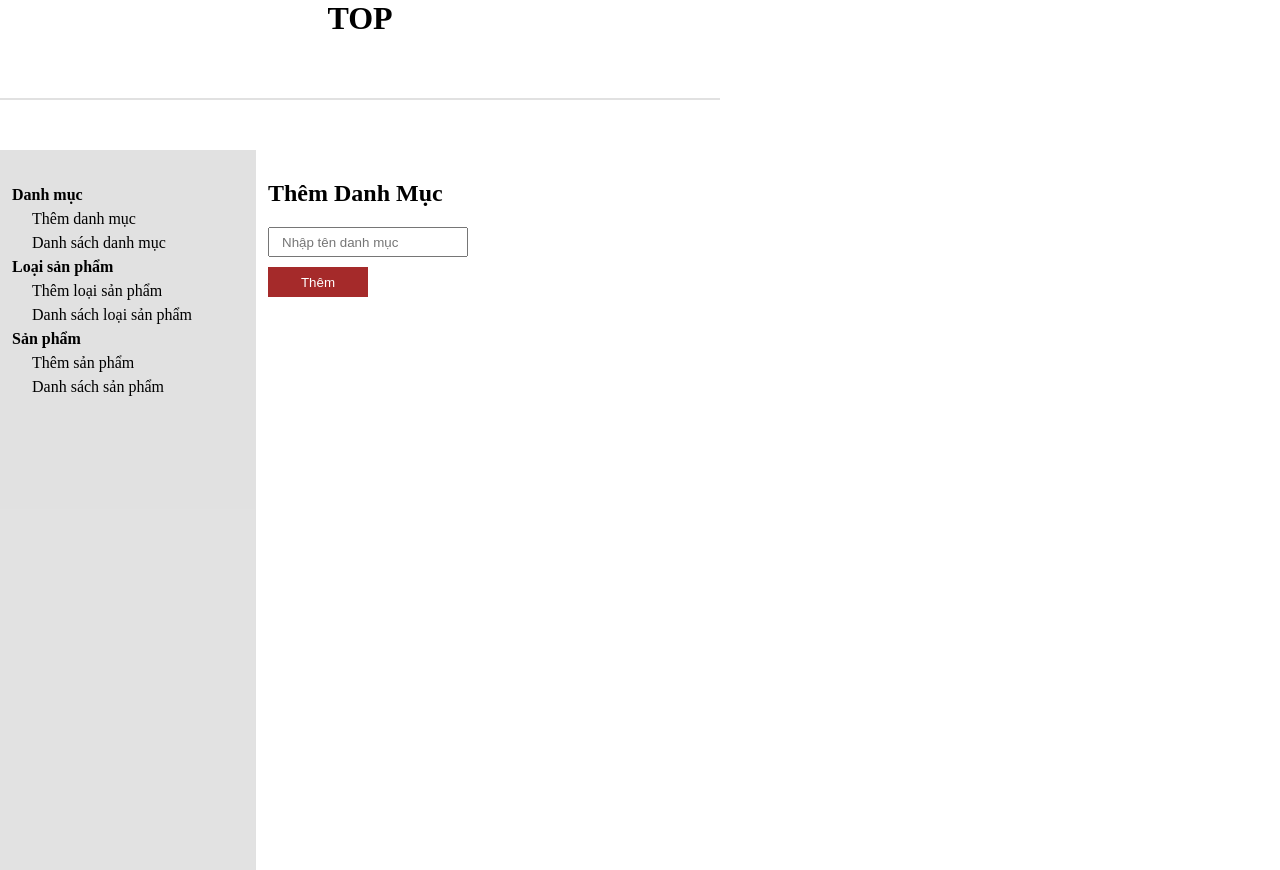
Repository: dinhvanbinh2310/ivy-moda
Page: http://localhost/Admin/productadd.php
These files come from the project's save history. The page is drawn as it stood at one moment and after the next save; the edit follows.
The browser window is 1280 px wide. The pictures show the whole page.
The page is run by PHP 8.4 with error messages shown; the project is at /var/www/html/.

Above is the page before, as saved 2022-07-06 16:15:16.

After the next save:
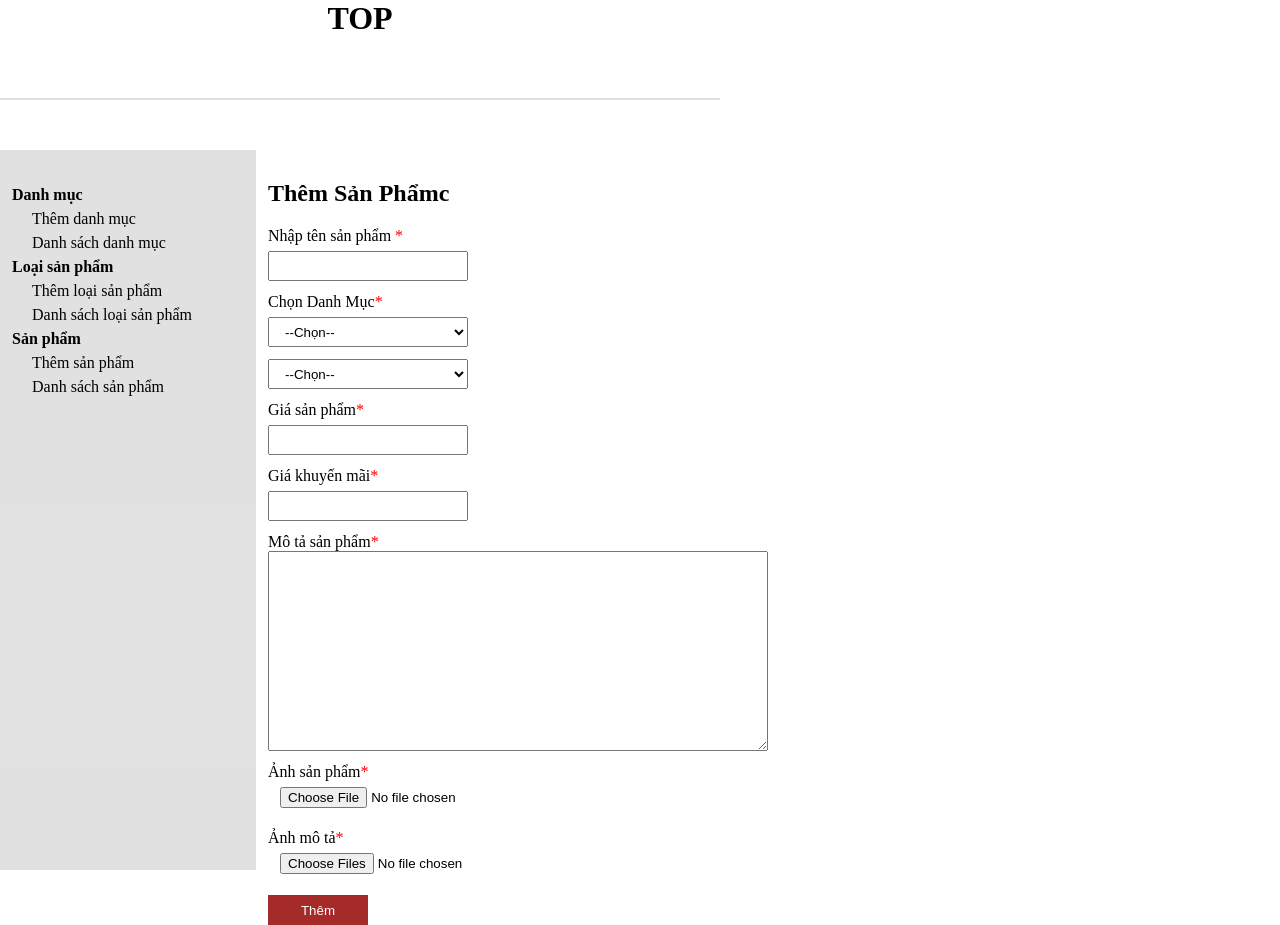
Saved 20 s later.
--- a/Admin/productadd.php
+++ b/Admin/productadd.php
@@ -12,11 +12,30 @@ include "class/cartegory_class.php";
 
   ?>
 <div class="admin-content-right">
-      <div class="admin-content-right-cartegory-add">
-          <h1>Thêm Danh Mục</h1>
-          <form action="" method="POST">
-            <input name="cartegory_name" type="text" placeholder="Nhập tên danh mục">
-            <button type="submit">Thêm</button>
+<div class="admin-content-right-product-add">
+          <h1>Thêm Sản Phẩmc</h1>
+          <form action="" method="POST" enctype="multipart/form-data">   <!-- enctype="multipart/form-data đưa dữ liệu lên csdl -->
+            <label for="">Nhập tên sản phẩm <span style="color:red;">*</span></label>
+            <input type="text">
+            <label for="">Chọn Danh Mục<span style="color:red;">*</span></label>
+            <select name="" id="">
+                <option value="#">--Chọn--</option>
+            </select>
+            <select name="" id="">
+            <label for="">Chọn Loại Sản Phẩm<span style="color:red;">*</span></label>
+              <option value="#">--Chọn--</option>
+          </select>
+          <label for="">Giá sản phẩm<span style="color:red;">*</span></label>
+          <input type="text">
+          <label for="">Giá khuyến mãi<span style="color:red;">*</span></label>
+          <input type="text">
+          <label for="">Mô tả sản phẩm<span style="color:red;">*</span></label>
+          <textarea name="" id="" cols="30" rows="10"></textarea>
+          <label for="">Ảnh sản phẩm<span style="color:red;">*</span></label>
+          <input type="file">
+          <label for="">Ảnh mô tả<span style="color:red;">*</span></label>
+          <input multiple type="file">
+          <button type="submit">Thêm</button>
           </form>
         </div>
       </div>
